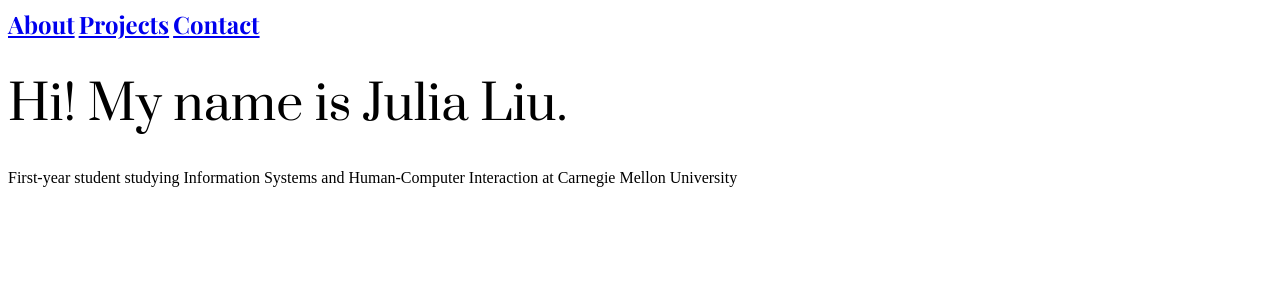
Repository: liu-julia/liu-julia.github.io
Page: index.html
An editor plug-in stored every save of this project. The page is shown before and after the next save, followed by the edit.
The browser window is 1280 px wide. The pictures show the whole page.

Above is the page before, as saved 2022-04-15 19:58:27.

### index.html
<!DOCTYPE html>
<html lang="en">
<head>
    <meta charset="UTF-8">
    <meta http-equiv="X-UA-Compatible" content="IE=edge">
    <meta name="viewport" content="width=device-width, initial-scale=1.0">
    <link rel="preconnect" href="https://fonts.googleapis.com">
    <link rel="preconnect" href="https://fonts.gstatic.com" crossorigin>
    <link href="https://fonts.googleapis.com/css2?family=Lato:wght@400;700&family=Playfair+Display:wght@400;700&family=Prata&display=swap" rel="stylesheet">
    <link rel="stylesheet" href="css/styles.css">
    <title>Julia Liu</title>
</head>
<body>
    <header>
        <a href="index.html">About</a>
        <a href="projects.html">Projects</a>
        <a href="contact.html">Contact</a>
    </header>
    <div id="content">
        <h1>Hi! My name is Julia Liu.</h1>
        <p>First-year student studying Information Systems and Human-Computer Interaction at Carnegie Mellon University</p>
    </div>
</body>
</html>

### css/styles.css
.root {
    font-family: 'Lato', sans-serif;
}
h1 {
    font-family: 'Prata', serif;
    font-weight: 400;
    font-size: 3em;
}
a {
    font-family: 'Playfair Display', serif;
    font-size: 1.5em;
    font-weight: 700;
}

After the next save:
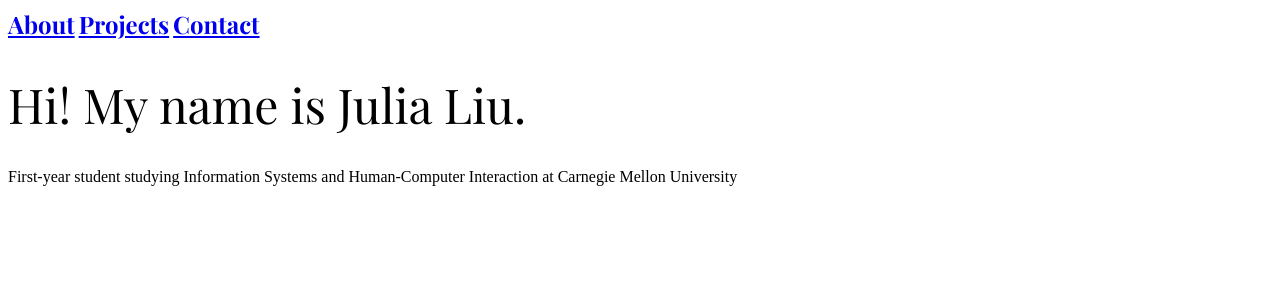
Saved 43 s later.
--- a/css/styles.css
+++ b/css/styles.css
@@ -2,7 +2,7 @@
     font-family: 'Lato', sans-serif;
 }
 h1 {
-    font-family: 'Prata', serif;
+    font-family: 'Playfair Display', serif;
     font-weight: 400;
     font-size: 3em;
 }

After the save that followed:
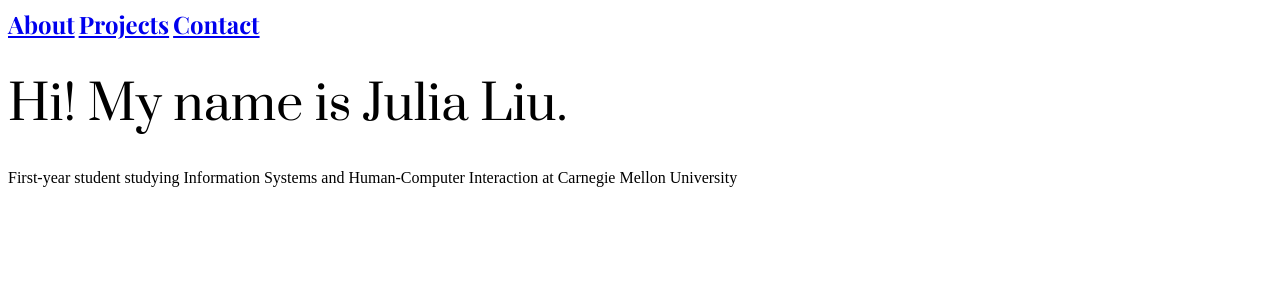
Saved 11 s later.
--- a/css/styles.css
+++ b/css/styles.css
@@ -2,8 +2,8 @@
     font-family: 'Lato', sans-serif;
 }
 h1 {
-    font-family: 'Playfair Display', serif;
-    font-weight: 400;
+    font-family: 'Prata', serif;
+    font-weight: 500;
     font-size: 3em;
 }
 a {
